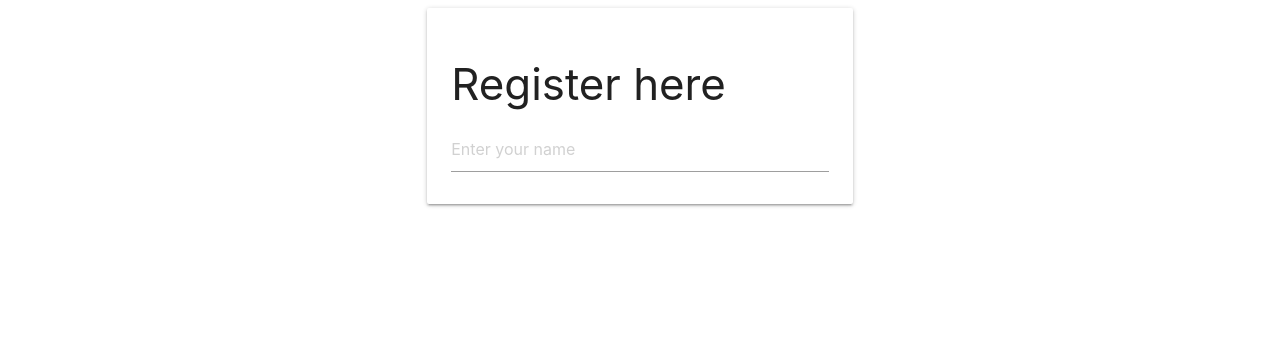
Repository: Attishgawali/JavaServletAndJSP
Page: http://localhost/Register/signup.jsp
These files come from the project's save history. The page is drawn as it stood at one moment and after the next save; the edit follows.
The browser window is 1280 px wide. The pictures show the whole page.
The page is served by Tomcat 9.

Above is the page before, as saved 2023-07-06 11:25:54.

### Register/src/main/webapp/signup.jsp
<%@ page language="java" contentType="text/html; charset=UTF-8"
	pageEncoding="UTF-8"%>
<!DOCTYPE html>
<html>
<head>
<meta charset="UTF-8">
<title>Insert title here</title>
<!-- Compiled and minified CSS -->
<link rel="stylesheet"
	href="https://cdnjs.cloudflare.com/ajax/libs/materialize/1.0.0/css/materialize.min.css">

<!-- Compiled and minified JavaScript -->
<script
	src="https://cdnjs.cloudflare.com/ajax/libs/materialize/1.0.0/js/materialize.min.js"></script>
</head>
<body>
	<div class="container">
		<div class="row">
			<div class="col m6 offset-m3">
				<div class="card">
					<div class="card-content">
						<h3>Register here</h3>
						<div class="form">
							<form action="register" method="post">
								<input type="text" name="username" placeholder="Enter your name">
							</form>
						</div>

						<div class="loader">

						</div>
					</div>
				</div>
			</div>
		</div>
	</div>
</body>
</html>

After the next save:
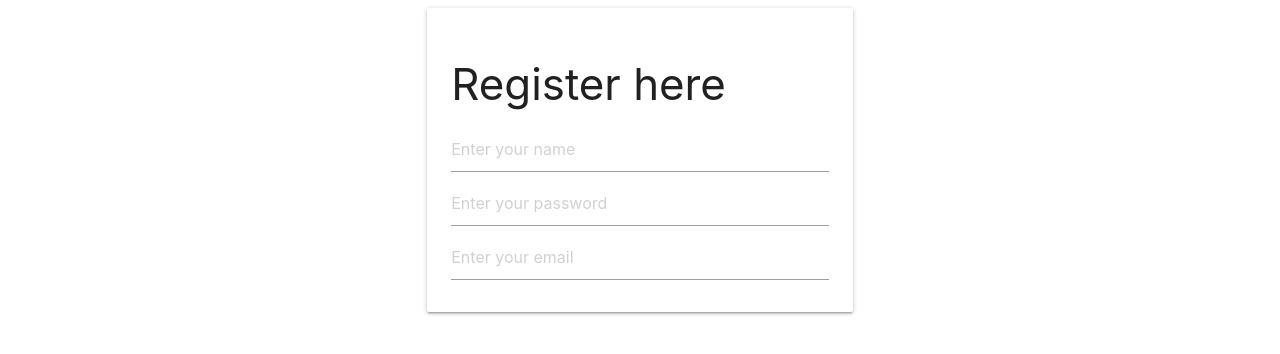
Saved 79 s later.
--- a/Register/src/main/webapp/signup.jsp
+++ b/Register/src/main/webapp/signup.jsp
@@ -23,6 +23,8 @@
 						<div class="form">
 							<form action="register" method="post">
 								<input type="text" name="username" placeholder="Enter your name">
+								<input type="password" name="userpassword" placeholder="Enter your password">
+								<input type="email" name="useremail" placeholder="Enter your email">
 							</form>
 						</div>
 
